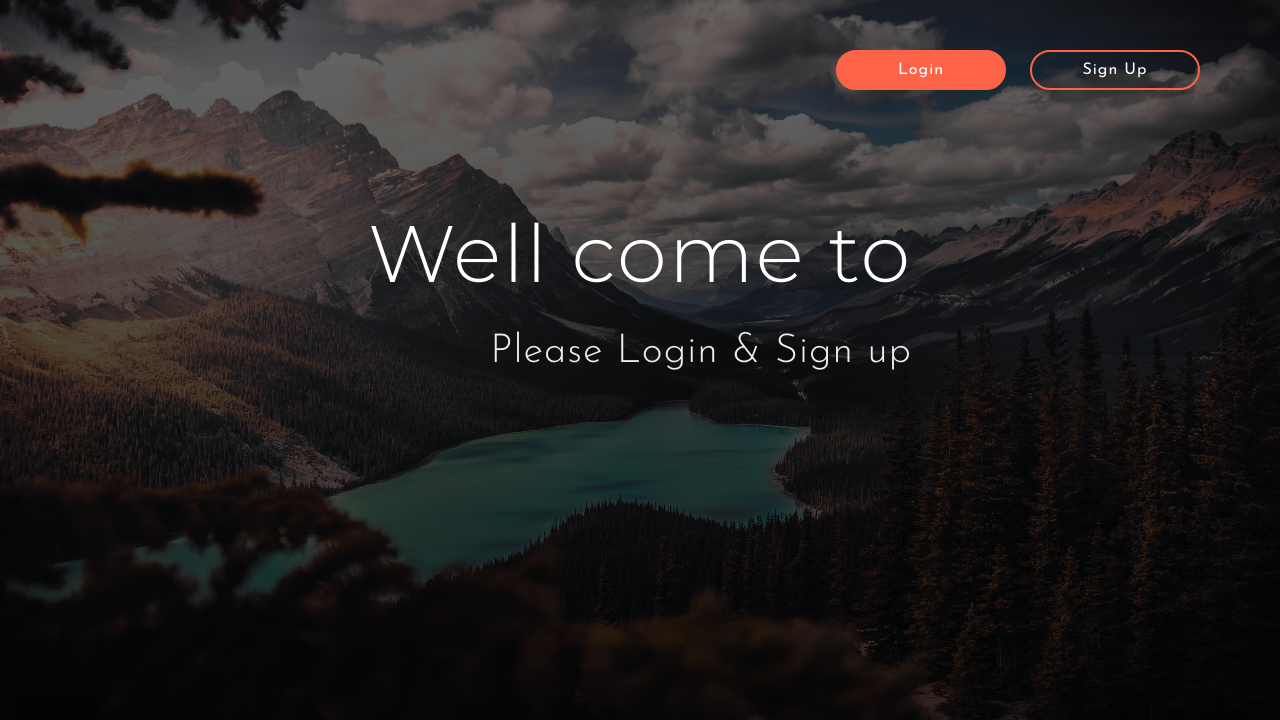
Repository: motamedipour2022/javascript_project
Page: model_form1/index.html
An editor plug-in stored every save of this project. The page is shown before and after a run of saves, followed by the edit.
The browser window is 1280 px wide. The pictures show the whole page.
Some web libraries are served in a nearby version.

Above is the page before, as saved 2022-12-20 12:14:36.

### model_form1/index.html
<!DOCTYPE html>
<html lang="en">
  <head>
    <meta charset="UTF-8" />
    <meta name="viewport" content="width=device-width, initial-scale=1.0" />
    <meta http-equiv="X-UA-Compatible" content="ie=edge" />
    <link
      rel="stylesheet"
      href="https://use.fontawesome.com/releases/v5.8.1/css/all.css"
      integrity="sha384-50oBUHEmvpQ+1lW4y57PTFmhCaXp0ML5d60M1M7uH2+nqUivzIebhndOJK28anvf"
      crossorigin="anonymous"
    />
    <link
      href="https://fonts.googleapis.com/css?family=Josefin+Sans:300,400,600|Montserrat:300,400,600"
      rel="stylesheet"
    />
    <link rel="stylesheet" href="style.css" />
    <title>Form</title>
  </head>
  <body>
    <div class="container">
      <div class="banner-text">
        <h1>Well come to</h1>
        <p>Please Login & Sign up</p>
      </div>
      <div class="btns">
        <button class="btn login-btn">Login</button>
        <button class="btn signup-btn">Sign Up</button>
      </div>
      <div class="form-container">
        <div class="signup-form-wrapper modal">
          <div class="x-btn signup-x">
            &times;
          </div>
          <div class="form-header">
            <h1>CodeAndCreate</h1>
            <h3>Join Us</h3>
          </div>
          <form class="form">
            <div class="input-group">
              <i class="fas fa-user"></i>
              <input type="text" placeholder="Username" />
            </div>
            <div class="input-group">
              <i class="far fa-envelope"></i>
              <input type="email" placeholder="Email" />
            </div>
            <div class="input-group">
              <i class="fas fa-key"></i>
              <input type="password" placeholder="Password" />
            </div>
            <button type="button">Sign Up</button>
          </form>
        </div>
        <div class="login-form-wrapper modal">
          <div class="x-btn login-x">
            &times;
          </div>
          <div class="form-header">
            <h1>CodeAndCreate</h1>
            <h3>Login</h3>
          </div>
          <form class="form">
            <div class="input-group">
              <i class="fas fa-user"></i>
              <input type="text" placeholder="Username" />
            </div>
            <div class="input-group">
              <i class="fas fa-key"></i>
              <input type="password" placeholder="Password" />
            </div>
            <button type="button">Login</button>
          </form>
        </div>
      </div>
    </div>
    <script src="script.js"></script>
  </body>
</html>

### model_form1/style.css
* {
  margin: 0;
  padding: 0;
}

.container {
  width: 100%;
  height: 100vh;
  background: linear-gradient(rgba(0, 0, 0, 0.6), rgba(0, 0, 0, 0.8)),
    url(images/bg.jpg) center no-repeat;
  background-size: cover;
}

.banner-text {
  position: absolute;
  top: 40%;
  left: 50%;
  transform: translate(-50%, -50%);
}

.banner-text h1 {
  color: #fff;
  font-family: "Montserrat", sans-serif;
  font-size: 80px;
  font-weight: 300;
  letter-spacing: 2px;
  margin-bottom: 30px;
}

.banner-text p {
  color: #eee;
  font-family: "Josefin sans", sans-serif;
  font-size: 40px;
  font-weight: 300;
  letter-spacing: 1px;
  text-align: right;
}

.btns {
  position: absolute;
  top: 50px;
  right: 60px;
}

.btn {
  width: 170px;
  padding: 10px 15px;
  margin-right: 20px;
  border-radius: 50px;
  font-family: "Josefin Sans", sans-serif;
  font-size: 16px;
  letter-spacing: 1px;
  outline: none;
  cursor: pointer;
  color: #fff;
  border: 2px solid tomato;
  transition: transform 0.3s;
}

.login-btn {
  background-color: tomato;
}

.signup-btn {
  background-color: transparent;
}

.btn:hover {
  transform: translateY(-2px);
}

.btn:active {
  transform: translateY(0);
}

.form-container {
  position: fixed;
  background-color: rgba(0, 0, 0, 0.7);
  top: 0;
  right: 0;
  bottom: 0;
  left: 0;
  opacity: 0;
  visibility: hidden;
  transition: all 0.5s;
}

.disable {
  opacity: 1;
  visibility: visible;
}

.modal {
  width: 400px;
  background: linear-gradient(rgba(148, 42, 42, 0.8), rgba(185, 129, 129, 0.6)),
    url(images/bg.jpg) center no-repeat;
  background-size: cover;
  position: absolute;
  top: 50%;
  left: 50%;
  transform: translate(-50%, -50%);
  border-radius: 20px;
  opacity: 0;
  visibility: hidden;
  transition: all 0.5s;
}

.display {
  opacity: 1;
  visibility: visible;
}

.x-btn {
  position: absolute;
  right: 20px;
  font-size: 50px;
  color: #222;
  cursor: pointer;
}

.form-header {
  text-align: center;
  margin: 80px 0 150px 0;
  color: #fff;
}

.form-header h1 {
  font-family: "Josefin Sans", sans-serif;
  font-size: 40px;
  font-weight: 300;
  margin-bottom: 30px;
}

.form-header h3 {
  font-family: "Montserrat", sans-serif;
  font-size: 25px;
  font-weight: 300;
  text-transform: uppercase;
}

.form {
  display: flex;
  flex-direction: column;
  align-items: center;
}

.input-group {
  margin-bottom: 10px;
  position: relative;
}

.input-group input {
  width: 250px;
  padding: 15px 15px 15px 50px;
  border: none;
  outline: none;
  border-radius: 30px;
  background: rgba(0, 0, 0, 0.6);
  font-family: "Josefin Sans", sans-serif;
  font-size: 16px;
  color: #ddd;
}

.input-group i {
  position: absolute;
  top: 13px;
  left: 17px;
  font-size: 18px;
  color: #aaa;
}

.form button {
  width: 310px;
  padding: 12px;
  border: none;
  outline: none;
  border-radius: 30px;
  background-color: #d867d8;
  color: #fff;
  font-family: "Josefin Sans", sans-serif;
  font-size: 16px;
  text-transform: uppercase;
  margin: 10px 0 50px 0;
  box-shadow: 0 5px 20px rgba(0, 0, 0, 0.4);
  cursor: pointer;
  transition: all 0.3s;
}

.form button:hover {
  transform: translateY(-2px);
  box-shadow: 0 8px 25px rgba(0, 0, 0, 0.3);
}
.form button:active {
  transform: translateY(0);
}

### model_form1/script.js
const signupModal = document.querySelector(".signup-form-wrapper");
const loginModal = document.querySelector(".login-form-wrapper");
const signupBtn = document.querySelector(".signup-btn");
const loginBtn = document.querySelector(".login-btn");
const signupX = document.querySelector(".signup-x");
const loginX = document.querySelector(".login-x");
const formContainer = document.querySelector(".form-container");

signupBtn.addEventListener("click", () => {
  signupModal.classList.add("display");
  formContainer.classList.add("disable");
});

loginBtn.addEventListener("click", () => {
  loginModal.classList.add("display");
  formContainer.classList.add("disable");
});

signupX.addEventListener("click", () => {
  signupModal.classList.remove("display");
  formContainer.classList.remove("disable");
});

loginX.addEventListener("click", () => {
  loginModal.classList.remove("display");
  formContainer.classList.remove("disable");
});

After the next 5 saves:
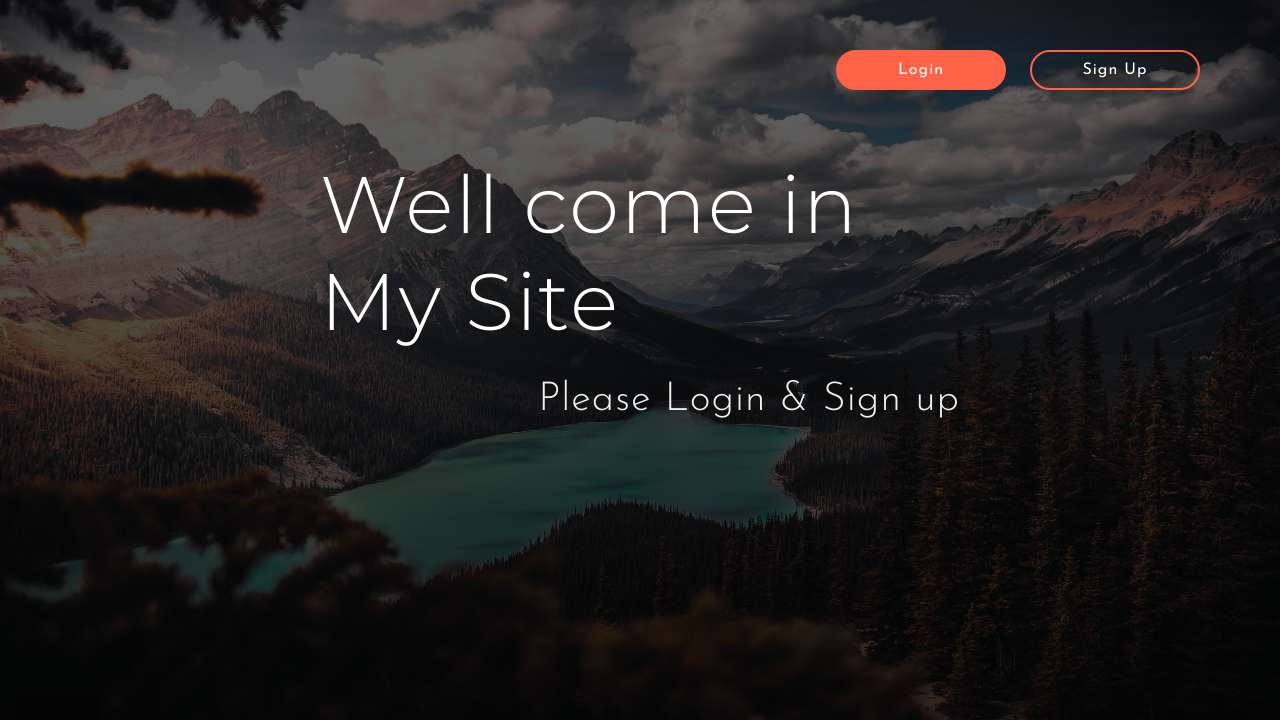
The 5 saves are shown as one change because they came seconds apart.
The last was saved 14 s later.
--- a/model_form1/index.html
+++ b/model_form1/index.html
@@ -20,7 +20,7 @@
   <body>
     <div class="container">
       <div class="banner-text">
-        <h1>Well come to</h1>
+        <h1>Well come in My Site</h1>
         <p>Please Login & Sign up</p>
       </div>
       <div class="btns">
